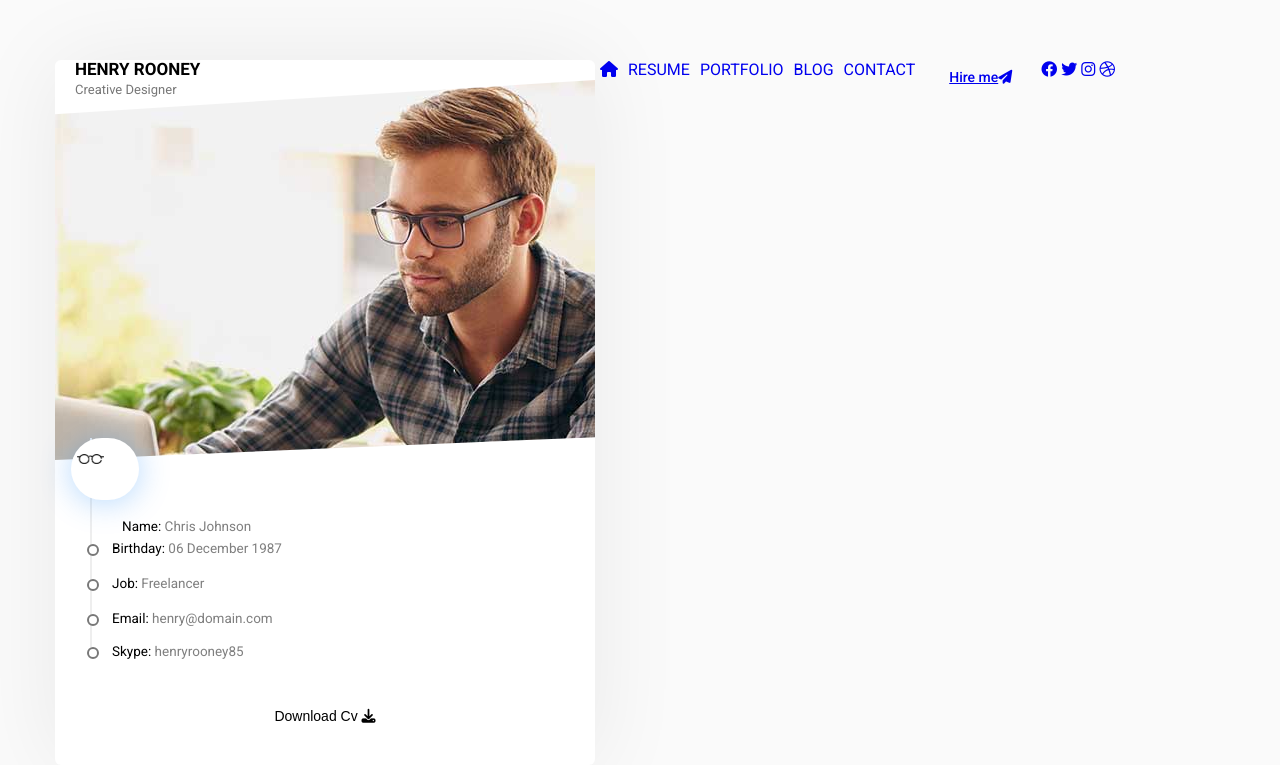
Repository: Lehuyhuynh/mat
Page: index.html
The author's editor kept a copy of each file at every save. The page is drawn from the files as they stood at one save, then again after a run of saves.
The browser window is 1280 px wide. The pictures show the whole page.

Above is the page before, as saved 2023-04-12 14:08:36.

### index.html
<!DOCTYPE html>
<html lang="en">
<head>
                    <meta charset="UTF-8">
                    <meta http-equiv="X-UA-Compatible" content="IE=edge">
                    <meta name="viewport" content="width=device-width, initial-scale=1.0">
                    <title>Mat</title>
                    <link rel="stylesheet" href="style.css">
                    <link rel="preconnect" href="https://fonts.googleapis.com">
                    <link rel="preconnect" href="https://fonts.gstatic.com" crossorigin>
                     <link href="https://fonts.googleapis.com/css2?family=Roboto:wght@400;500;700;900&display=swap" rel="stylesheet">

                    <link rel="stylesheet" href="icon-fonts/font-awesome-4.7.0/css/font-awesome.min.css"/>

                    <link rel="stylesheet" href="https://cdnjs.cloudflare.com/ajax/libs/font-awesome/6.4.0/css/all.min.css" integrity="sha512-iecdLmaskl7CVkqkXNQ/ZH/XLlvWZOJyj7Yy7tcenmpD1ypASozpmT/E0iPtmFIB46ZmdtAc9eNBvH0H/ZpiBw==" crossorigin="anonymous" referrerpolicy="no-referrer" />
</head>
<body>
    <div id="preloader">

        <div class="spinner">
        </div>

    </div>

    <div class="wrapper container">

        <div class="row">

            <!-- profile section -->

            <div class="col-lg-3 col-md-4">

                <div class="profile">

                    <div class="profile-name">

                        <span class="name">Henry Rooney</span><br>

                        <span class="jod">Creative Designer</span><br>

                    </div>

                    <figure class="profile-img"> <img src="img/profile.jpg" alt="#"> </figure>


                     <ul class="profile-information">

                        <li><p><span>Name:</span> Chris Johnson</p></li>

                        <li><p><span>Birthday:</span> 06 December 1987</p></li>

                        <li><p><span>Job:</span> Freelancer</p></li>

                        <li><p><span>Email:</span> henry@domain.com</p></li>

                        <li><p><span>Skype:</span> henryrooney85</p></li>

                    </ul>

                    <div class="col-md-12">

                         <button class="site-btn icon">Download Cv

                            <i class="fa fa-download" aria-hidden="true"></i>

                        </button>

                    </div>

                </div>

            </div>

            <!-- Page Tab Container Div -->

            <div id="ajax-tap-container" class="col-lg-9 col-md-8 tab-container">

                <!-- header -->

                <div  class="row">

                    <header class="col-md-12">

                        <nav>

                            <div class="row">

                                <!-- navigation bar -->

                                <div class="col-md-8 col-sm-8-col-xs-4">

                                    <ul class="tabs">
                                        <li class="tab">

                                          <a class="home-btn" href="#home"><i class="fa fa-home" aria-hidden="true"></i></a>

                                        </li>
                                        <li class="tab"><a href="#RESUME">RESUME</a></li>
                                        <li class="tab"><a href="#PORTFOLIO">PORTFOLIO</a></li>
                                        <li class="tab"><a href="#BLOG">BLOG</a></li>
                                        <li class="tab"><a href="#CONTACT">CONTACT</a></li>

                                    </ul>
                                    </div>


                                <div class="col-md-4 col-sm-4 col-xs-8 dynamic">

                                    <a href="mailto:hi@tavonline.net" class="pull-right site-btn icon hidden-xs">Hire me<i class="fa fa-paper-plane" aria-hidden="true"></i></a>

                                </div>


                                <div class="hidden-md social-icons pull-right">

                                    <a class="fb" href="#"><i class="fa-brands fa-facebook"></i></a>

                                    <a class="tw" href="#"><i class="fa-brands fa-twitter"></i></a>

                                    <a class="ins" href="#"><i class="fa-brands fa-instagram"></i></a>

                                    <a class="dr" href="#"><i class="fa-brands fa-dribbble" ></i></a>

                                </div>

                             </div>

                            </div>

                        </nav>

                    </header>

            </div>


        </div>

    </div>

</body>
</html>

### style.css
body{
                    background-image: url(/img/bg.png) #fafafa;
                   font-family: roboto, sans-serif;
                   background:#fafafa;
                   position: relative;
                   overflow: hidden;

}

html{
                    height: 100%;
}
*{
                    margin: 0;
                    padding: 0;
                    border: 0;
                    outline: 0;
                    background: transparent;
}

.site-btn{
                    font-size: 14px;
                    font-weight: 500;
                    border-radius: 50px;
                    -webkit-border-radius:50px;
                    -moz-border-radius:50px;
                    padding: 1px 29px;
                    line-height: 35px;
}

.site-btn .icon{
                    text-align: left;
                    padding: 1px 6px 1px 19px;
}

.site-btn .icon i{
                    color: #000;
                    background: #fff;
                    margin-left: 15px;
                    border-radius: 50px;
                    font-size: 11px;
                    height: 27px;
                    width: 27px;
                    float: right;
                    text-align: center;
                    line-height: 29px;
                    margin-top: 4px;
}

p{
                    font-size: 13px;
                    color: #4c4c4c;
                    line-height: 24px;
 }

 .profile{
                    background: #fff;
                    border-radius: 6px;
                    -moz-border-radius: 6px;
                    -webkit-border-radius: 6px;
                    -o-border-radius: 6px;
                    width: 100%;
                    display: inline-block;
                    box-shadow: 0px 2px 92px 0px rgba(0, 0, 0, 0.07);
                    -webkit-box-shadow: 0px 2px 92px 0px rgba(0, 0, 0, 0.07);
                    -moz-box-shadow: 0px 2px 92px 0px rgba(0, 0, 0, 0.07);
}

.profile .name {
                    line-height: 18px;
                    padding: 20px;
                    text-transform: uppercase;
                    font-size: 17px;
                    font-weight: bold;

}
.profile .jod {
                    padding: 20px;
                    color: #777777;
                    font-size: 13px;
}

.profile-img{
                   margin-top: -18px;
                   -webkit-clip-path: polygon(0 9%, 100% 0, 100% 94%, 0% 100%);
                    clip-path: polygon(0 9%, 100% 0, 100% 94%, 0% 100%);
                    height: 380px;

}
.profile-img img{
                    width: 100%;
}

.profile-information{
                    list-style: none;
                    margin: 8px 0px 8px 35px;
}

.profile-information li{
                    border-left: 2px solid #eee;
                    padding:0 0 23px 20px;
                    font-size: 14px;
                    color: #787878;
}

ul.profile-information li p{
                    font-size: 13.5px;
                    color: #7f7f7f;
                    line-height: 12px;
}

ul.profile-information li:last-child{
                    border: 0;
                    margin-left: 2px;
                    margin-top: -2px;
}


ul.profile-information li:before{
                    content: "";
                    border: solid 2px;
                    width: 8px;
                    height: 8px;
                    border-radius: 50px;
                    -moz-border-radius: 50px;
                    -webkit-border-radius: 50px;
                    font-size: 8px;
                    margin-left: -25px;
                    margin-top: 2px;
                    font-weight: 400;
                    background: #fff;
                    display: block;
                    position: absolute;
}

ul.profile-information li span{color:#000}

ul.profile-information li:first-child{
                    padding-bottom: 10px;
                    padding-left: 30px;
                    position: relative;
}

ul.profile-information li:first-child img {
                    margin:44px -44px;
                    display: inline-block;
                    position: absolute;
                    width: 20px;
 }

 ul.profile-information li:first-child::before {

                    margin-left: -51px;
                    margin-top: -30px;
                    margin-bottom: 20px;
                    position: relative;
                    border: 0;
                    width: 40px;
                    height: 40px;
                    padding: 11px 14px;
                    box-shadow: 0px 2px 32px 0px rgba(4, 123, 248, 0.3);
}
 ul.profile-information li:first-child::after {
                    background: url(img/glasses.png) no-repeat;
                    content: '';
                    width: 30px;
                    height: 10px;
                    position: absolute;
                    top: 0;
                    left: 0;
                    margin: 16px -15px;
                    background-size: 27px 10px;
 }

.profile .site-btn{
                    margin: 18px auto 30px;
                    display: block;
}

.tabs .tab a {
                    text-decoration: none;
                    margin: 5px;
}
.col-md-4  .pull-right{
                    text-align: right;
}

.wrapper{
                    margin-top: 60px;
                    width: 1170px ;
                    background: transparent;
}
.container{
                    padding-right: 15px;
                    padding-left: 15px;
                    margin-right: auto;
                    margin-left: auto;
}
*{
                    margin: 0;
                    padding: 0;
                    border: 0;
                    outline: 0;;
                    background: transparent;
}
.row{
                    display: flex;
}



.tabs{
                    display: flex;
                    list-style-type: none;
                    text-decoration: none;

}

.tabs .tab a {
                    text-decoration: none;
                    margin: 5px;
}
.col-md-4  .pull-right{
                    text-align: right;
}

After the next 2 saves:
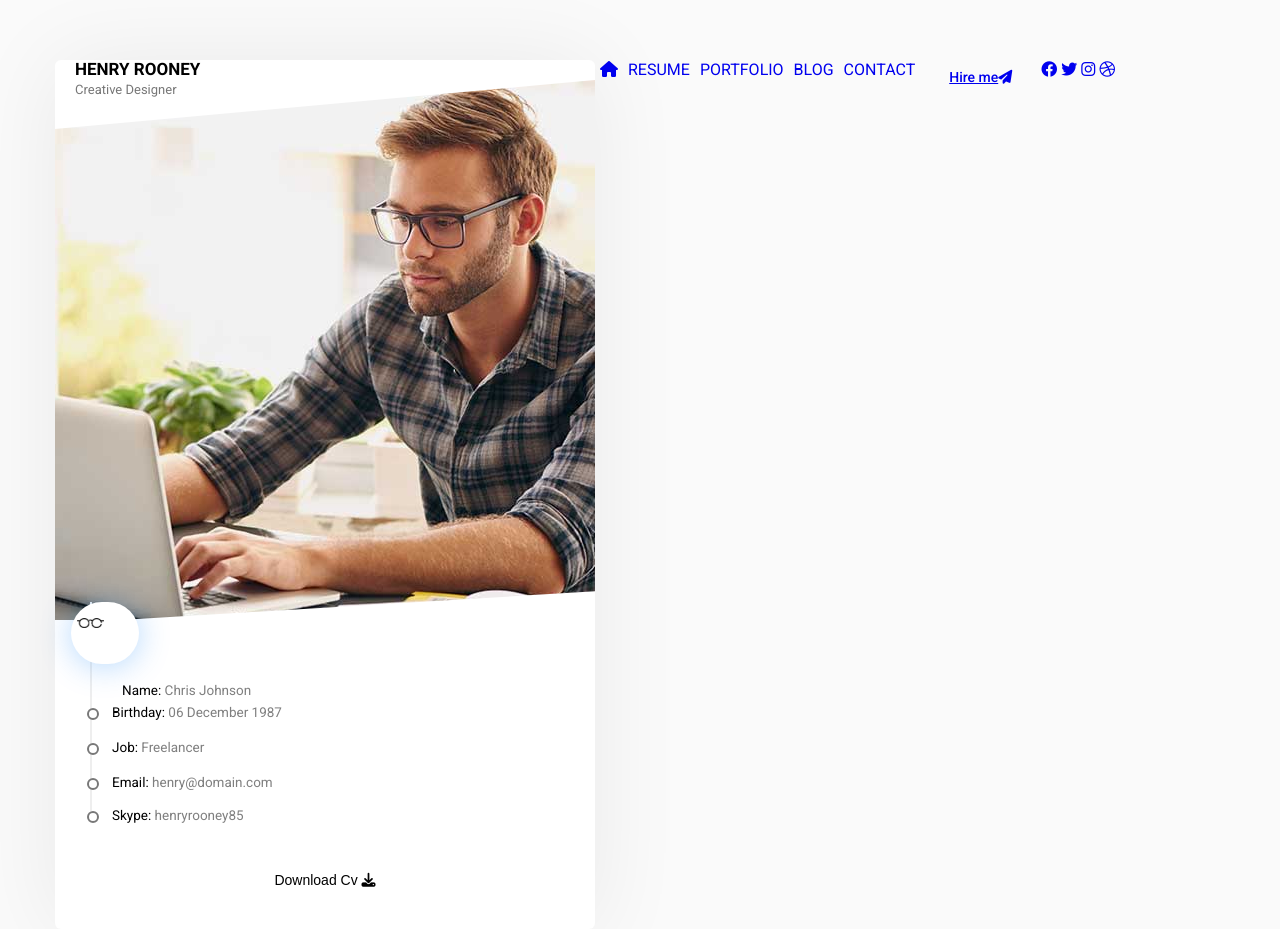
The 2 saves are shown as one change because they came seconds apart.
The last was saved 113 s later.
--- a/style.css
+++ b/style.css
@@ -84,7 +84,7 @@
                    margin-top: -18px;
                    -webkit-clip-path: polygon(0 9%, 100% 0, 100% 94%, 0% 100%);
                     clip-path: polygon(0 9%, 100% 0, 100% 94%, 0% 100%);
-                    height: 380px;
+                    height: 3đ0px;
 
 }
 .profile-img img{
